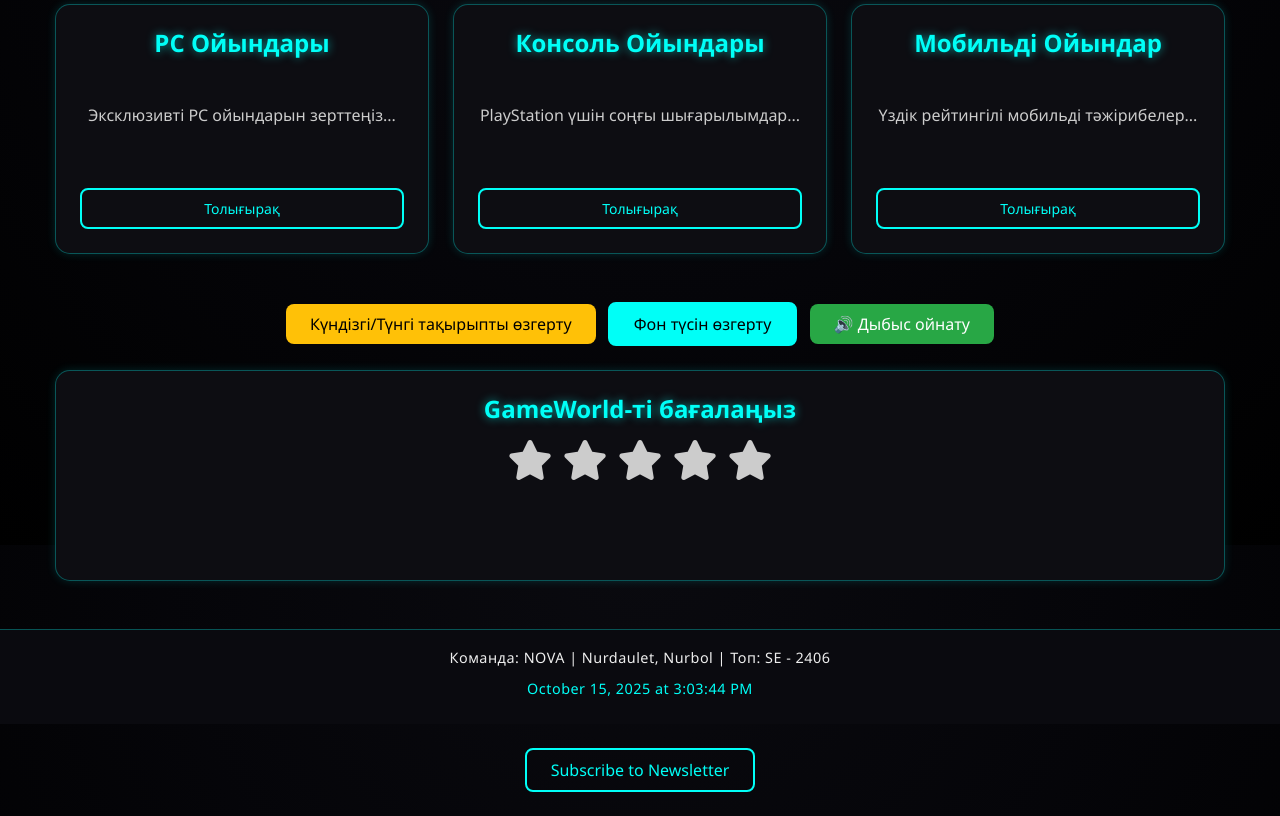
Repository: nurbo323/Final
Page: index.html
These files come from the project's save history. The page is drawn as it stood at one moment and after the next save; the edit follows.
The browser window is 1280 px wide. The pictures show the part of the page from y = 1615 to 2431 px (the page is 2431 px tall before and 2407 px after).
A picture or video elsewhere on the page could not be fetched, so the positions and the page height are approximate. Backgrounds fixed to the window are drawn as part of the page.

Above is the page before, as saved 2025-11-04 16:49:31.

After the next save:
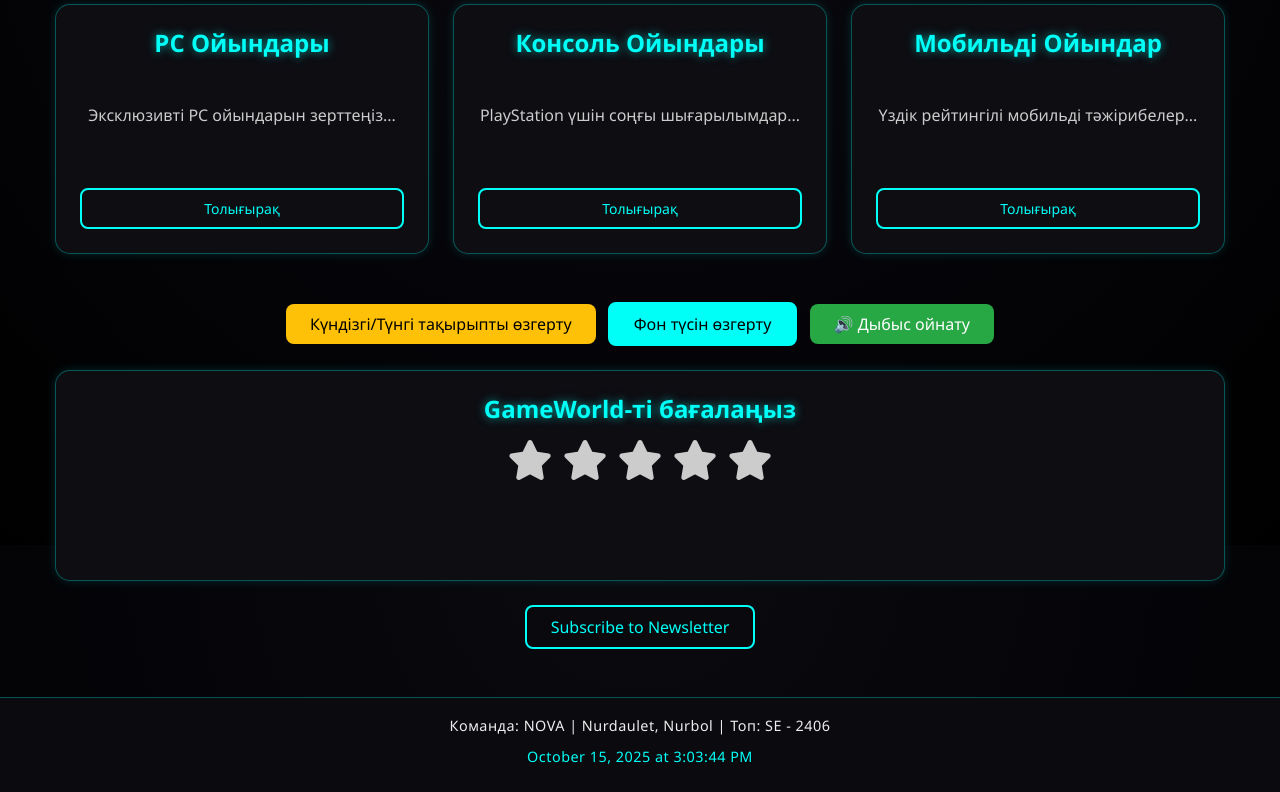
Saved 9 s later.
--- a/index.html
+++ b/index.html
@@ -188,19 +188,8 @@
 </section>
 
 
-<!-- Toast Notification Container (TASK 7) - LEFT TOP -->
-<div id="toastContainer" class="toast-container position-fixed top-0 start-0 p-3"></div>
-
-
-
-<!-- Footer -->
-<footer class="text-center py-3 mt-5 theme-footer text-light">
-  <span data-lang="footerTeam">Команда:</span> NOVA | Nurdaulet, Nurbol | <span data-lang="footerGroup">Топ:</span> SE - 2406
-  <p id="datetime" class="text-info"></p>
-</footer>
-
 <!-- ============================================
-     ASSIGNMENT 8: SUBSCRIBE POPUP BUTTON
+     ASSIGNMENT 8: SUBSCRIBE POPUP
      ============================================ -->
 
 <!-- Popup Subscribe Button -->
@@ -220,6 +209,17 @@
 </div>
 
 
+<!-- Toast Notification Container (TASK 7) - LEFT TOP -->
+<div id="toastContainer" class="toast-container position-fixed top-0 start-0 p-3"></div>
+
+
+
+<!-- Footer -->
+<footer class="text-center py-3 mt-5 theme-footer text-light">
+  <span data-lang="footerTeam">Команда:</span> NOVA | Nurdaulet, Nurbol | <span data-lang="footerGroup">Топ:</span> SE - 2406
+  <p id="datetime" class="text-info"></p>
+</footer>
+
 
 <script src="https://cdn.jsdelivr.net/npm/bootstrap@5.3.0/dist/js/bootstrap.bundle.min.js"></script>
 <script src="script.js"></script>
